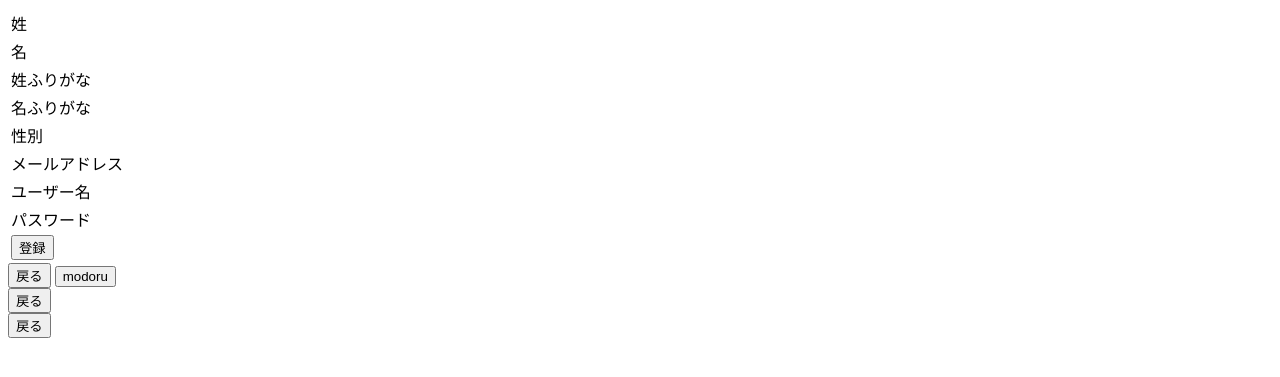
Repository: ryuhei0204/test
Page: http://localhost/Mytest/createConfirm.jsp
The author's editor kept a copy of each file at every save. The page is drawn from the files as they stood at one save, then again after the next save.
The browser window is 1280 px wide. The pictures show the whole page.
The page is served by Tomcat 9.

Above is the page before, as saved 2019-06-26 01:44:03.

After the next save:
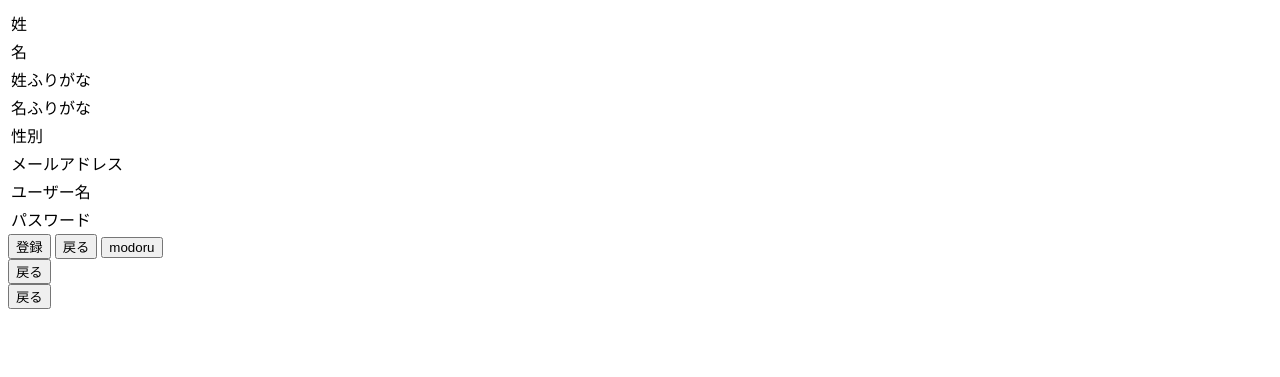
Saved 2 min 33 s later.
--- a/Mytest/WebContent/createConfirm.jsp
+++ b/Mytest/WebContent/createConfirm.jsp
@@ -10,7 +10,7 @@
 </head>
 <body>
 <script src = "./js/button.js"></script>
-<form action = "CreateCompleteAction">
+<form>
 <table>
    <tr>
       <td><label>姓</label></td>
@@ -51,11 +51,8 @@
       <td><label>パスワード</label></td>
       <td><s:property value = "password"/><s:hidden name ="password" value ="%{password}"/></td>
    </tr>
-
-   <tr>
-      <td><input type = "submit" value = "登録"/></td>
-   </tr>
 </table>
+<input type = "button" onclick = "formSubmit(this, 'CreateConfirmAction')" value = "登録"/>
 <input type = "button" onclick = "formSubmit(this, 'CreateAction')" value = "戻る"/>
 <input type = "submit" onclick = "goCreateAction()" value = "modoru"/>
 </form>
